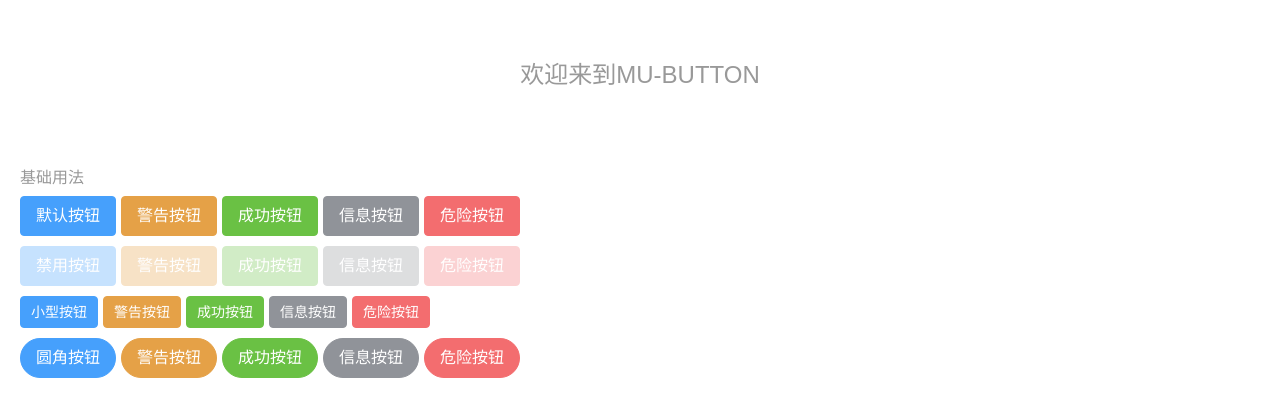
Repository: HuoXiaoYe/huoxiaoye_mumu
Page: /
These files come from the project's save history. The page is drawn as it stood at one moment and after the next save; the edit follows.
The browser window is 1280 px wide. The pictures show the whole page.
The project was rebuilt for these pictures with package versions that can differ from the ones it lists, and the page was loaded fresh each time.

Above is the page before, as saved 2020-07-04 17:50:32.

After the next save:
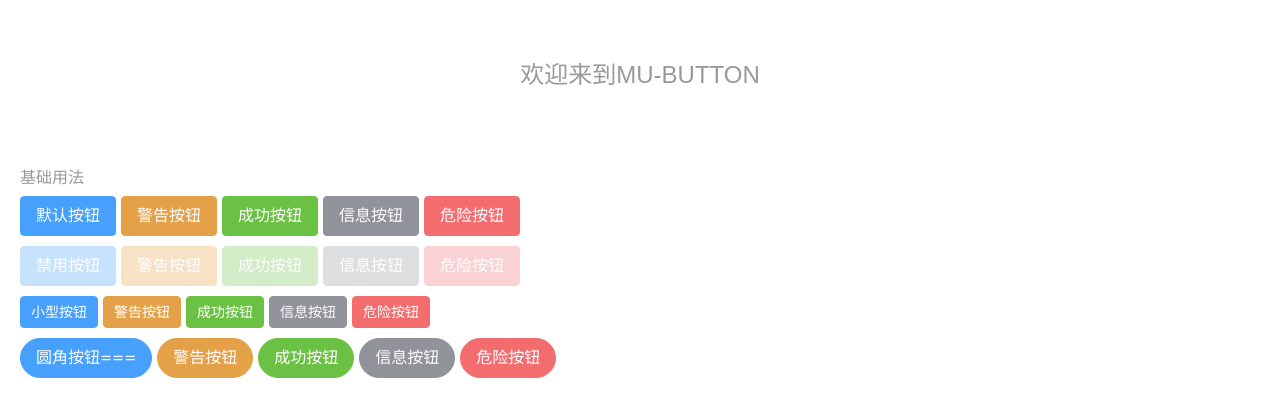
Saved 17 s later.
--- a/src/pages/buttonWrap/buttonWrap.tsx
+++ b/src/pages/buttonWrap/buttonWrap.tsx
@@ -71,7 +71,7 @@
 
 
                 <ul>
-                    <li><MUButton circle={true} onClick={handleClick}>圆角按钮</MUButton></li>
+                    <li><MUButton circle={true} onClick={handleClick}>圆角按钮===</MUButton></li>
                     <li><MUButton circle={true} type="warning">警告按钮</MUButton></li>
                     <li><MUButton circle={true} type="success">成功按钮</MUButton></li>
                     <li><MUButton circle={true} type="info">信息按钮</MUButton></li>

After the save that followed:
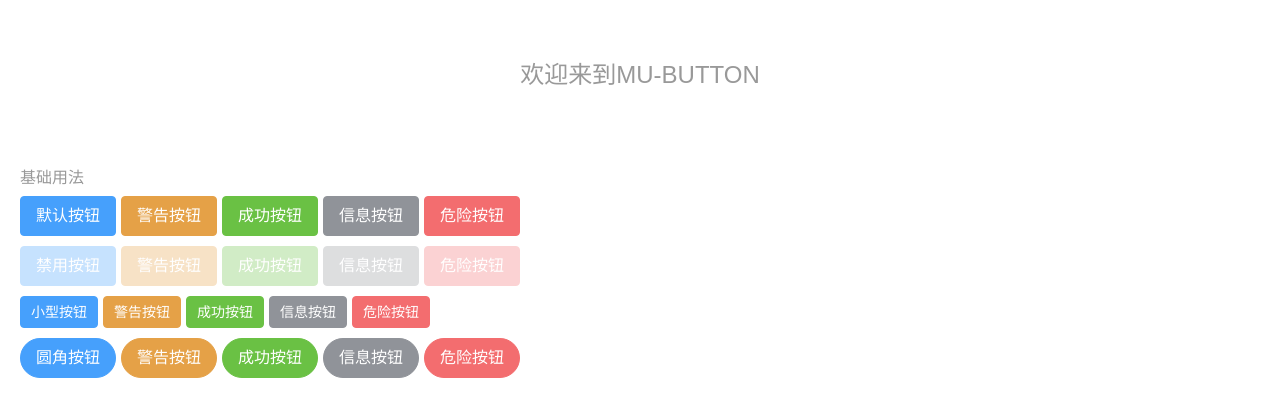
Saved 4 s later.
--- a/src/pages/buttonWrap/buttonWrap.tsx
+++ b/src/pages/buttonWrap/buttonWrap.tsx
@@ -71,7 +71,7 @@
 
 
                 <ul>
-                    <li><MUButton circle={true} onClick={handleClick}>圆角按钮===</MUButton></li>
+                    <li><MUButton circle={true} onClick={handleClick}>圆角按钮</MUButton></li>
                     <li><MUButton circle={true} type="warning">警告按钮</MUButton></li>
                     <li><MUButton circle={true} type="success">成功按钮</MUButton></li>
                     <li><MUButton circle={true} type="info">信息按钮</MUButton></li>
